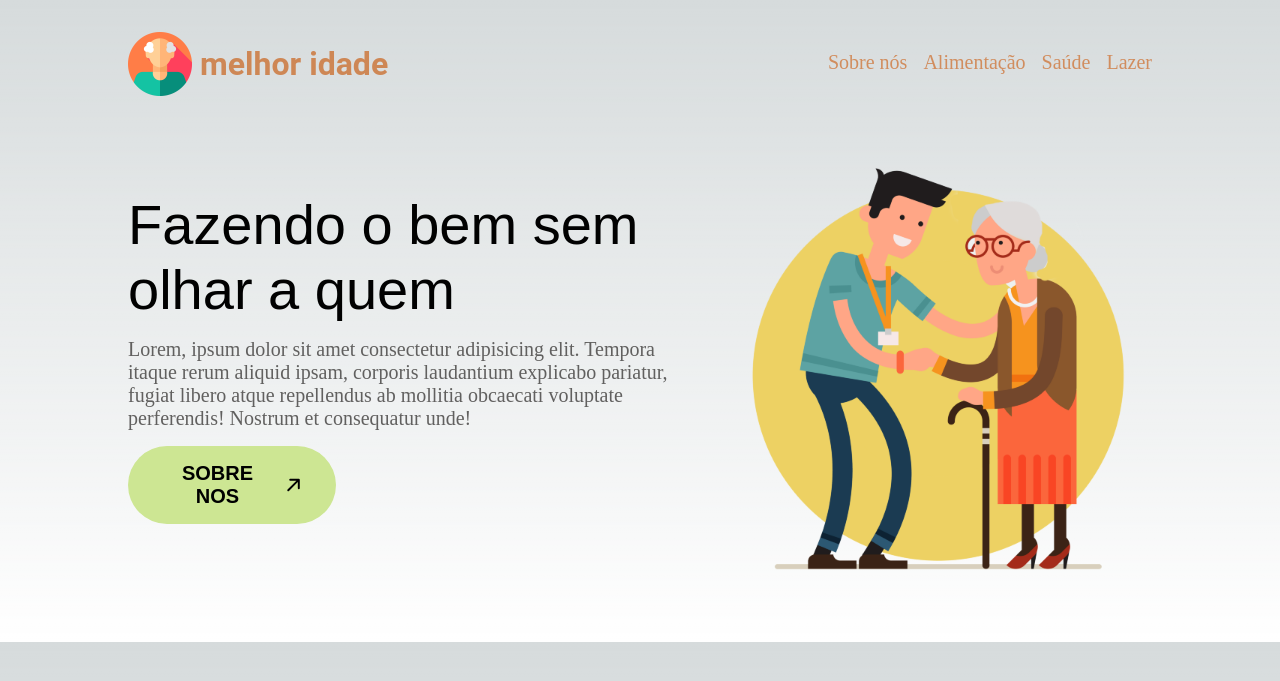
Repository: Giopol12/melhor-idade-online
Page: /index.page
The author's editor kept a copy of each file at every save. The page is drawn from the files as they stood at one save, then again after the next save.
The browser window is 1280 px wide. The pictures show the whole page.
The project was rebuilt for these pictures with package versions that can differ from the ones it lists, and the page was loaded fresh each time. The framework's server and built-in components were replaced by stand-ins that run in the browser. Also part of the build but not shown: next.config.js.

Above is the page before, as saved 2023-11-12 16:26:36.

### src/pages/home/index.tsx
import { Header } from '@/components/Header'
import { Container } from './styles'
import { HomeMain } from './HomeMain'

export default function Home() {
  return (
    <Container>
      <Header />
      <HomeMain />
    </Container>
  )
}

### src/components/Header/index.tsx
import Image from 'next/image'
import { HeaderContainer, LogoContainer, NavContainer } from './styles'

import logo2 from '../../../assets/logo2.png'
import Link from 'next/link'

export function Header() {
  return (
    <HeaderContainer>
      <LogoContainer href="/">
        <Image src={logo2} width={64} alt="logo" quality={100} />
        <strong>melhor idade</strong>
      </LogoContainer>

      <NavContainer>
        <Link href={'/nutrition'}>Sobre nós</Link>
        <Link href="/">Alimentação</Link>
        <Link href="/">Saúde</Link>
        <Link href="/">Lazer</Link>
      </NavContainer>
    </HeaderContainer>
  )
}

### src/pages/home/styles.ts
import { styled } from '@/styles'

export const Container = styled('div', {
  maxWidth: '1440px',
  margin: '0 auto',
})

### src/pages/home/HomeMain/index.tsx
import Image from 'next/image'
import { ContentContainer, HomeMainContainer } from './styles'

import mainImg from '../../../../assets/main-image.png'
import { ArrowUpRight } from '@phosphor-icons/react'

export function HomeMain() {
  return (
    <HomeMainContainer>
      <ContentContainer>
        <h1>Fazendo o bem sem olhar a quem</h1>
        <p>
          Lorem, ipsum dolor sit amet consectetur adipisicing elit. Tempora
          itaque rerum aliquid ipsam, corporis laudantium explicabo pariatur,
          fugiat libero atque repellendus ab mollitia obcaecati voluptate
          perferendis! Nostrum et consequatur unde!
        </p>
        <button>
          <span>SOBRE NOS</span>
          <ArrowUpRight size={22} weight="bold" />
        </button>
      </ContentContainer>
      <Image src={mainImg} width={450} alt="" />
    </HomeMainContainer>
  )
}

### src/components/Header/styles.ts
import { styled } from '@/styles'
import Link from 'next/link'

export const HeaderContainer = styled('header', {
  maxWidth: 1024,
  margin: '2rem auto',
  display: 'flex',
  justifyContent: 'space-between',
  alignItems: 'center',
})
export const LogoContainer = styled(Link, {
  fontFamily: 'Roboto, sans-serif',
  display: 'flex',
  alignItems: 'center',
  gap: '0.5rem',
  fontWeight: 900,
  fontSize: '2rem',
  textDecoration: 'none',
  color: '$beije500',
})
export const NavContainer = styled('div', {
  display: 'flex',
  gap: '1rem',
  a: {
    textDecoration: 'none',
    color: '$beije400',
    fontSize: '$lg',
    borderBottom: '3px solid transparent',
    '&:hover': {
      borderBottom: '3px solid $beije500',
    },
  },
})

### src/styles/index.ts
import { createStitches } from '@stitches/react'
export const {
  config,
  createTheme,
  css,
  getCssText,
  globalCss,
  keyframes,
  prefix,
  reset,
  styled,
  theme,
} = createStitches({
  theme: {
    colors: {
      white: '#FFF',

      beije100: '#FFFBF4',
      beije400: '#D18D5E',
      beije500: '#CE8755',
      gray500: '#61605F',
      gray700: '#21201F',
      gray900: '#010101',
      green100: '#CDE693',
    },

    fontSizes: {
      md: '1.125rem',
      lg: '1.25rem',
      xl: '1.5rem',
      '2xl': '2rem',
    },
  },
})

### src/pages/home/HomeMain/styles.ts
import { styled } from '@/styles'

export const HomeMainContainer = styled('main', {
  maxWidth: 1024,
  margin: '3rem auto',
  display: 'flex',
  justifyContent: 'space-between',
})
export const ContentContainer = styled('div', {
  marginTop: '3rem',
  display: 'flex',
  flexDirection: 'column',

  flex: 1,
  gap: '1rem',
  paddingRight: '1.5rem',
  h1: {
    fontSize: '3.5rem',
    color: '$gray900',
    fontFamily: 'Lobster, sans-serif;',
    fontWeight: '400',
  },
  p: {
    fontSize: '$lg',
    color: '$gray500',
  },
  button: {
    display: 'flex',
    justifyContent: 'center',
    gap: '0.5rem',
    alignItems: 'center',
    boxSizing: 'initial',
    fontWeight: 'bold',
    width: '9rem',
    fontSize: '$lg',
    background: '$green100',
    border: 0,
    borderRadius: '9999px',
    padding: '1rem 2rem',
    '&:hover': {
      filter: 'brightness(0.8)',
      cursor: 'pointer',
    },
  },
})

Loaded but not shown: src/pages/_app.tsx (common file); src/pages/_document.tsx (common file); src/pages/index.page.tsx (common file); src/styles/globals.css (common file)

After the next save:
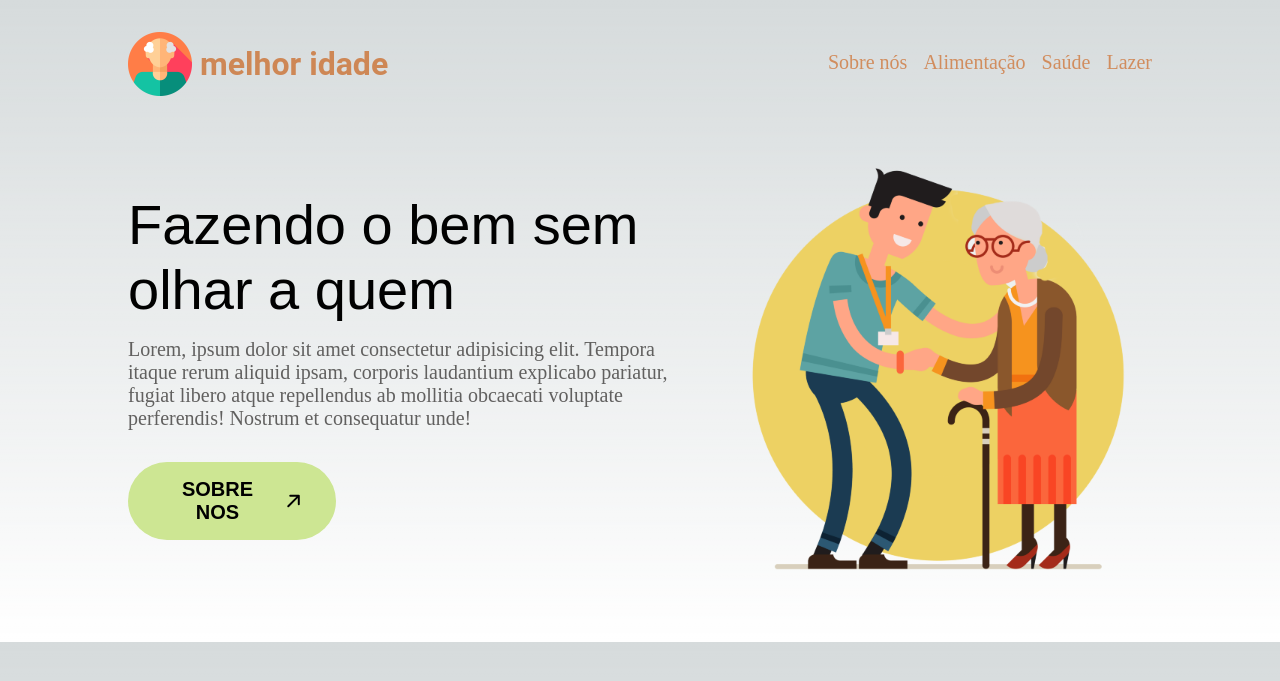
Saved 22 s later.
--- a/src/pages/home/HomeMain/styles.ts
+++ b/src/pages/home/HomeMain/styles.ts
@@ -25,6 +25,7 @@ export const ContentContainer = styled('div', {
     color: '$gray500',
   },
   button: {
+    marginTop: '1rem',
     display: 'flex',
     justifyContent: 'center',
     gap: '0.5rem',
